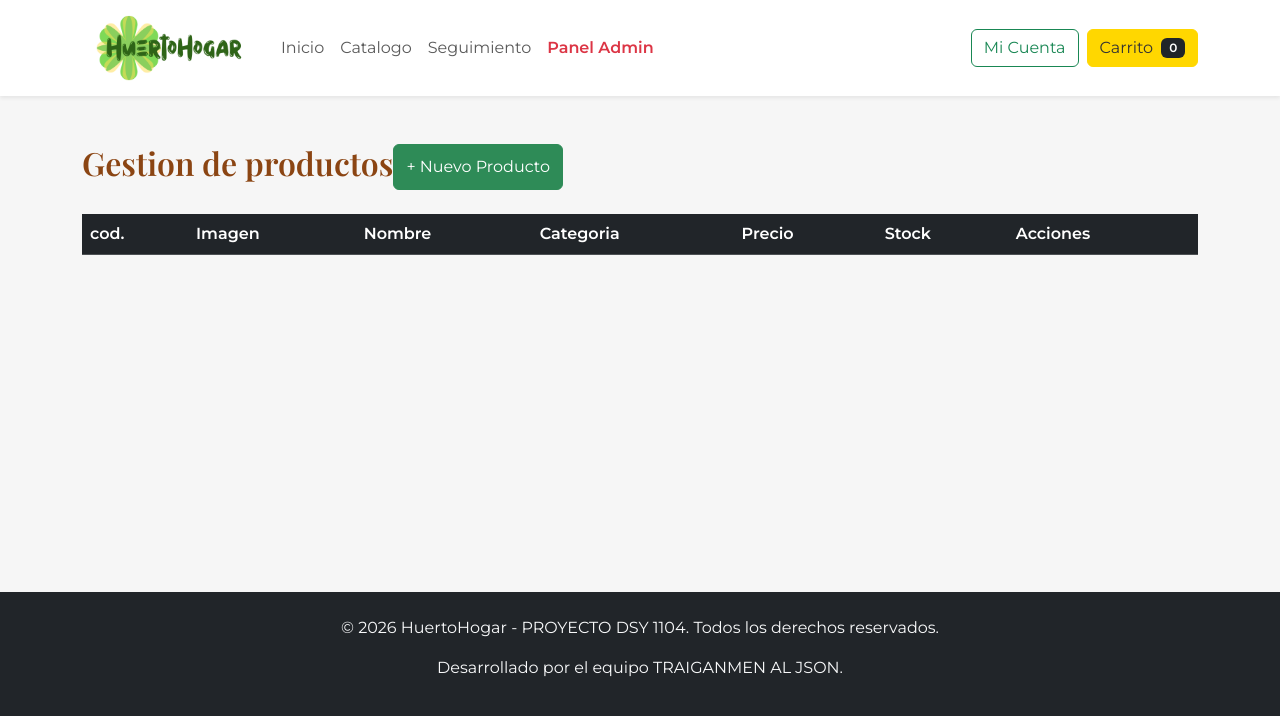
Repository: RottZen/Ev_1_Huerto_Hogar
Page: 8_admin/admin.html
An editor plug-in stored every save of this project. The page is shown before and after the next save, followed by the edit.
The browser window is 1280 px wide. The pictures show the whole page.

Above is the page before, as saved 2026-09-08 23:01:13.

After the next save:
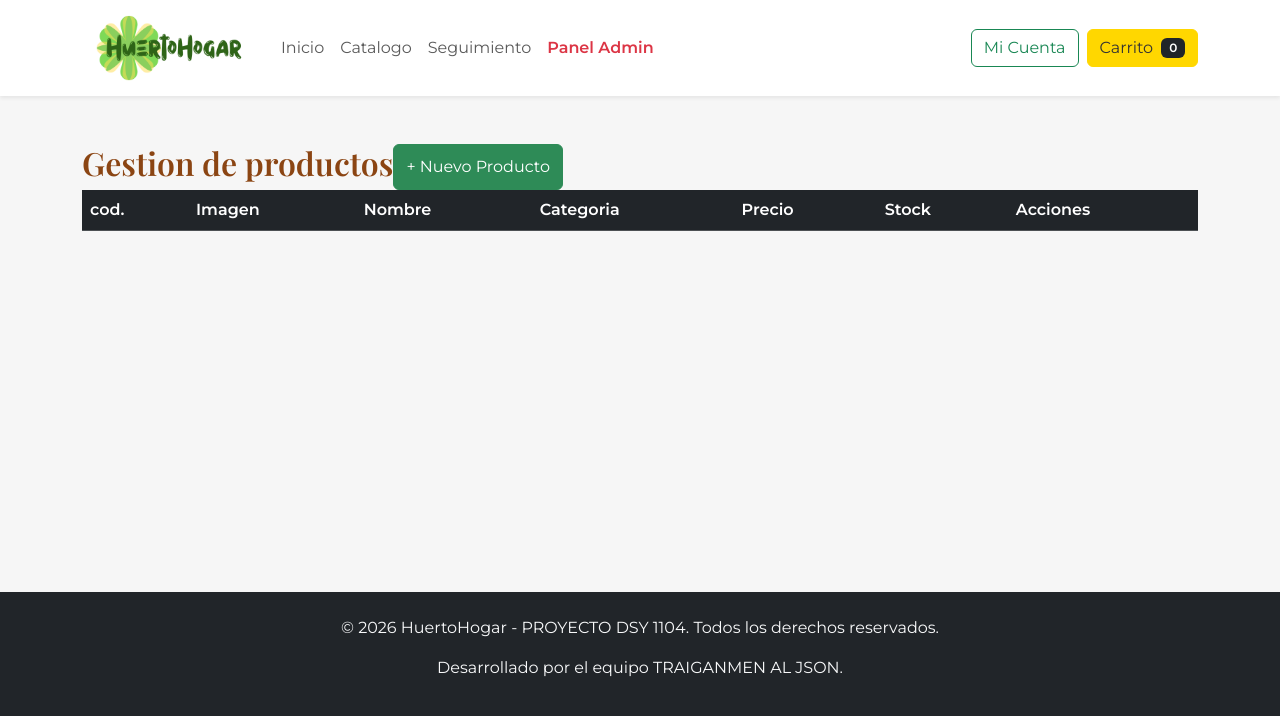
Saved 19 s later.
--- a/8_admin/admin.html
+++ b/8_admin/admin.html
@@ -42,9 +42,9 @@
 
     <!-- MAIN CONTENEDOR DINAMICO -->
     <main class="container my-5 flex-grow-1">
-        <div class="d-flex justify-content-vetween align-item-center mb-4">
+        <div class="d-flex justify-content-vetween align-item-center mb-100">
             <h2>Gestion de productos</h2>
-            <button class="btn btn-primary mb-100">+ Nuevo Producto</button>
+            <button class="btn btn-primary">+ Nuevo Producto</button>
         </div>
 
         <div class="table-responsive">

After the save that followed:
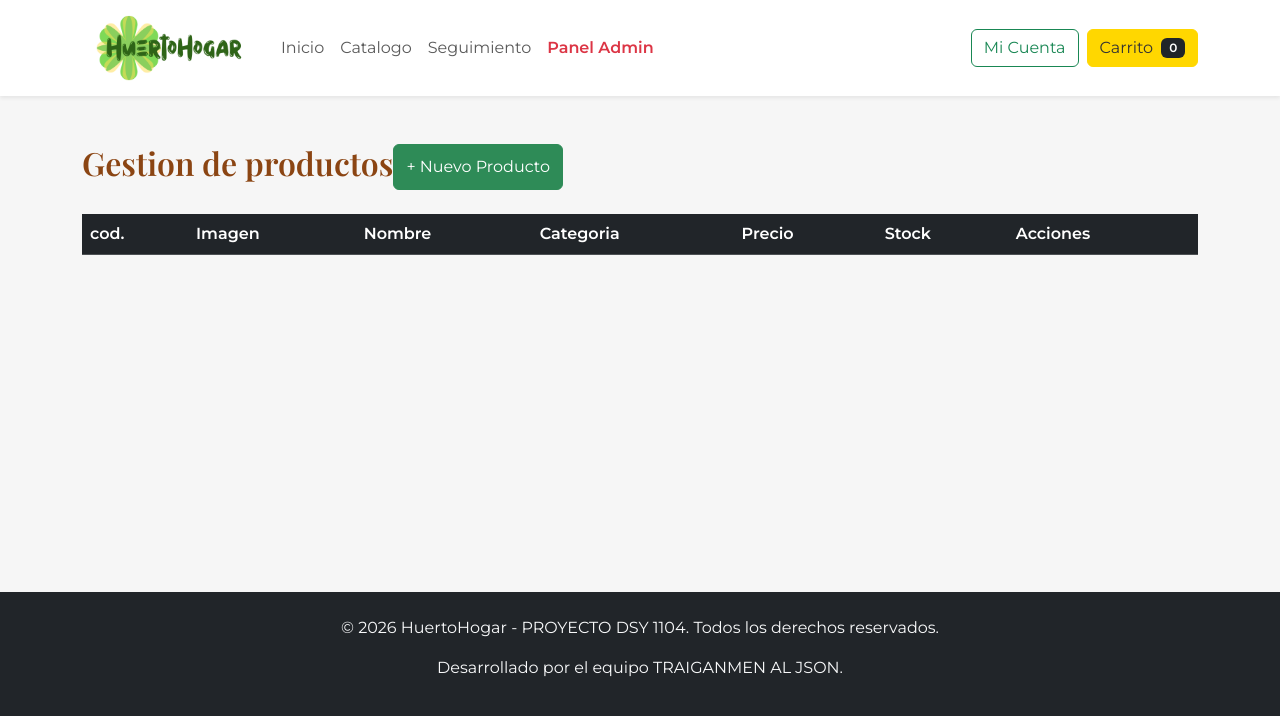
Saved 9 s later.
--- a/8_admin/admin.html
+++ b/8_admin/admin.html
@@ -42,7 +42,7 @@
 
     <!-- MAIN CONTENEDOR DINAMICO -->
     <main class="container my-5 flex-grow-1">
-        <div class="d-flex justify-content-vetween align-item-center mb-100">
+        <div class="d-flex justify-content-vetween align-item-center mb-4">
             <h2>Gestion de productos</h2>
             <button class="btn btn-primary">+ Nuevo Producto</button>
         </div>
